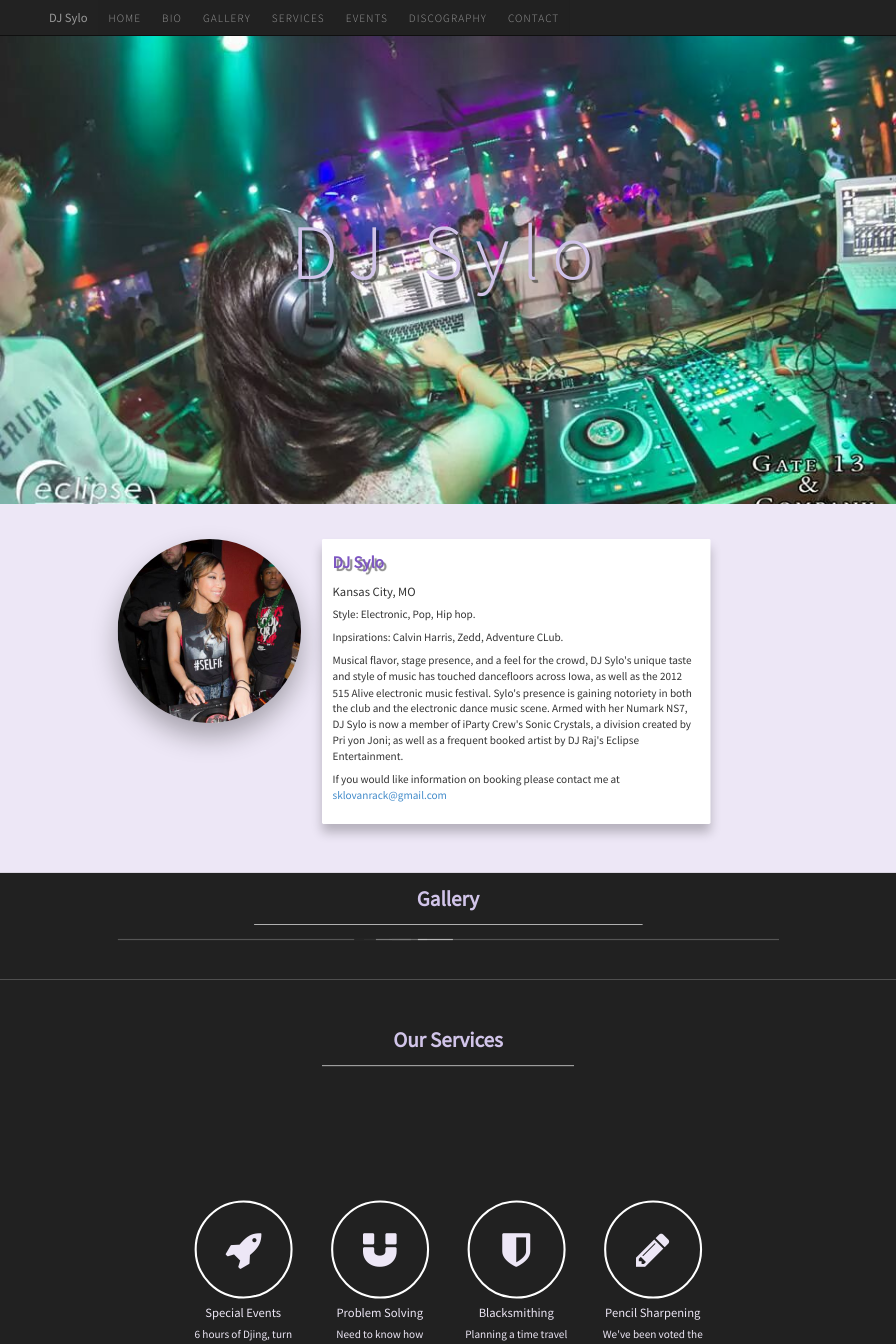
Repository: BambooXLotus/DjSylo
Page: client/index.html
The author's editor kept a record of every edit. The page is drawn from the files as they stood at one moment, then again after the next edit.
The browser window is 1280 px wide. The pictures show the part of the page from y = 0 to 1920 px (the page is 4290 px tall), at 70% of full size.
Pictures or frames that could not be fetched are drawn as grey boxes. Some icons come from a web library that is not loaded, so they are not drawn. Backgrounds fixed to the window are drawn as part of the page. Some web libraries are served in a nearby version.

Above is the page before.

### client/index.html
<!DOCTYPE html>
<html lang="en">

<head>
    <meta charset="utf-8">
    <meta name="viewport" content="width=device-width, initial-scale=1.0">
    <meta name="description" content="">
    <meta name="author" content="">
    <title>DJ Sylo</title>
    <!-- Bootstrap core CSS
        -->
    <link href="css/bootstrap.css" rel="stylesheet">
    <!-- Add custom CSS here -->
    <link href="css/stylish-portfolio.css" rel="stylesheet">
    <link href="//maxcdn.bootstrapcdn.com/font-awesome/4.1.0/css/font-awesome.min.css" rel="stylesheet">
    <link href="css/nanogallery.min.css" rel="stylesheet" type="text/css">
</head>

<body>
    <!-- Side Menu -->
    <nav class="navbar navbar-fixed-top navbar-inverse" role="navigation">
        <div class="container">
            <div class="navbar-header">
                <button type="button" class="navbar-toggle" data-toggle="collapse" data-target=".navbar-ex1-collapse">
                    <span class="sr-only">Toggle navigation</span>
                    <span class="icon-bar"></span>
                    <span class="icon-bar"></span>
                    <span class="icon-bar"></span>
                </button>
                <a class="navbar-brand" href="#top">DJ Sylo</a>
            </div>
            <!-- Collect the nav links, forms, and other content for toggling -->
            <div class="collapse navbar-collapse navbar-ex1-collapse">
                <ul class="nav navbar-nav">
                    <li>
                        <a href="#top">Home</a>
                    </li>
                    <li>
                        <a href="#about">Bio</a>
                    </li>
                    <li>
                        <a href="#gallery">Gallery</a>
                    </li>
                    <li>
                        <a href="#services">Services</a>
                    </li>
                    <li>
                        <a href="#portfolio">Events</a>
                    </li>
                    <li>
                        <a href="#portfolio">Discography</a>
                    </li>
                    <li>
                        <a href="#contact">Contact</a>
                    </li>
                </ul>
            </div>
            <!-- /.navbar-collapse -->
        </div>
        <!-- /.container -->
    </nav>
    <!-- /Side Menu -->
    <!-- Full Page Image Header Area -->
    <div id="top" class="header">
        <div class="vert-text">
            <div class="hero">
                <a href="#contact"><h1>DJ Sylo</h1></a>
            </div>
        </div>
    </div>
    <!-- /Full Page Image Header Area -->
    <!-- Intro -->
    <div id="about" class="about">
        <div class="container">
            <div class="row">
                <div class="col-md-3 col-md-offset-1">
                    <img class="img-circle img-responsive circle-shadow" src="img/portrait-sm.jpg">
                </div>
                <div class="col-md-6 col-xs-12">
                    <div class="panel panel-default dialog">
                        <div class="panel-heading">
                            <h3>DJ Sylo</h3>
                        </div>
                        <div class="panel-body">
                            <h4>Kansas City, MO</h4>
                            <p>Style: Electronic, Pop, Hip hop.</p>
                            <p>Inpsirations: Calvin Harris, Zedd, Adventure CLub.</p>
                            <p>Musical flavor, stage presence, and a feel for the crowd, DJ Sylo's unique taste and style of music has touched dancefloors across Iowa, as well as the 2012 515 Alive electronic music festival. Sylo's presence is gaining notoriety
                                in both the club and the electronic dance music scene. Armed with her Numark NS7, DJ Sylo is now a member of iParty Crew's Sonic Crystals, a division created by Pri yon Joni; as well as a frequent booked artist by DJ Raj's
                                Eclipse Entertainment.</p>
                            <p>If you would like information on booking please contact me at <a href="sklovanrack@gmail.com">sklovanrack@gmail.com</a>
                            </p>
                        </div>
                    </div>
                </div>
            </div>
        </div>
    </div>
    <!-- /Intro -->
    <!-- Gallery -->
    <div id="gallery" class="gallery">
        <div class="container">
            <div class="row">
                <div class="col-md-6 col-md-offset-3 text-center">
                    <h2>Gallery</h2>
                    <hr>
                </div>
            </div>
            <div class="row">
                <div class="col-md-10 col-md-offset-1 col-xs-12 text-center">
                    <div id="nanoGallery2"></div>
                </div>
            </div>
        </div>
    </div>
    <!-- /Gallery -->
    <!-- Services -->
    <div id="services" class="services">
        <div class="container">
            <div class="row">
                <div class="col-md-4 col-md-offset-4 text-center">
                    <h2>Our Services</h2>
                    <hr>
                </div>
            </div>
            <div class="row">
                <div class="col-md-offset-3 col-md-6">
                    <iframe width="100%" height="166" scrolling="no" frameborder="no" src="https://w.soundcloud.com/player/?url=https%3A//api.soundcloud.com/tracks/160960689&amp;color=ff5500&amp;auto_play=false&amp;hide_related=false&amp;show_comments=true&amp;show_user=true&amp;show_reposts=false"></iframe>
                </div>
            </div>
            <div class="row">
                <div class="col-md-2 col-md-offset-2 text-center">
                    <div class="service-item">
                        <i class="service-icon fa fa-rocket"></i>
                        <h4>Special Events</h4>
                        <p>6 hours of Djing, turn tables and sattelite speaker.</p>
                    </div>
                </div>
                <div class="col-md-2 text-center">
                    <div class="service-item">
                        <i class="service-icon fa fa-magnet"></i>
                        <h4>Problem Solving</h4>
                        <p>Need to know how magnets work? Our problem solving solutions team can help you identify problems and conduct exploratory research.</p>
                    </div>
                </div>
                <div class="col-md-2 text-center">
                    <div class="service-item">
                        <i class="service-icon fa fa-shield"></i>
                        <h4>Blacksmithing</h4>
                        <p>Planning a time travel trip to the middle ages? Preserve the space time continuum by blending in with period accurate armor and weapons.</p>
                    </div>
                </div>
                <div class="col-md-2 text-center">
                    <div class="service-item">
                        <i class="service-icon fa fa-pencil"></i>
                        <h4>Pencil Sharpening</h4>
                        <p>We've been voted the best pencil sharpening service for 10 consecutive years. If you have a pencil that feels dull, we'll get it sharp!</p>
                    </div>
                </div>
            </div>
        </div>
    </div>
    <!-- /Services -->
    <!-- Callout -->
    <div class="callout">
        <div class="vert-text">
            <h1>DJ Sylo</h1>
        </div>
    </div>
    <!-- /Callout -->
    <!-- Portfolio -->
    <div id="portfolio" class="portfolio">
        <div class="container">
            <div class="row">
                <div class="col-md-4 col-md-offset-4 text-center">
                    <h2>Events</h2>
                    <hr>
                </div>
            </div>
            <div class="row">
                <div class="col-md-5 col-md-offset-1">
                    <div class="panel card fixed-card">
                        <div class="card-heading">
                            <h3 class="panel-title">Joker's</h3>
                            <h4 class="panel-title stickyBottom">Des Moines - Iowa</h4>
                            <a href="https://www.facebook.com/jokersdsm">
                                <img class="img-portfolio img-responsive" src="img/Events/wompgiving2014.jpg">
                            </a>
                        </div>
                        <div class="panel-body">
                            <h4>November 26th Wednesday</h4>
                            <span>Bottomless Cup 9PM-12PM</span>
                            <span>$2 Bottles 9PM-12AM</span>
                            <span>$2 Tequila & Fireball all night</span>
                        </div>
                    </div>
                </div>
                <div class="col-md-5">
                    <div class="panel card fixed-card">
                        <div class="card-heading">
                            <h3 class="panel-title">Jokers</h3>
                            <h4 class="panel-title stickyBottom">Cedarfalls - Iowa</h4>
                            <img class="img-portfolio img-responsive" src="img/portfolio-2.jpg">
                        </div>
                        <div class="panel-body">
                            <h4>Dec 26th Wednesday</h4>
                            <h5>Cats Named Remmy Drink Free</h5>
                        </div>
                    </div>
                </div>
            </div>
            <div class="row">
                <div class="col-md-5 col-md-offset-1">
                    <div class="panel card fixed-card">
                        <div class="card-heading">
                            <h3 class="panel-title">Cafe Mood</h3>
                            <h4 class="panel-title stickyBottom">Ames - Iowa</h4>
                            <img class="img-portfolio img-responsive" src="img/portfolio-3.jpg">
                        </div>
                        <div class="panel-body">
                            <h4>Dec 26th Wednesday</h4>
                        </div>
                    </div>
                </div>
                <div class="col-md-5">
                    <div class="panel card fixed-card">
                        <div class="card-heading">
                            <h3 class="panel-title">Hotel</h3>
                            <h4 class="panel-title stickyBottom">Kansas City - Missouri</h4>
                            <img class="img-portfolio img-responsive" src="img/portfolio-4.jpg">
                        </div>
                        <div class="panel-body">
                            <h4>Dec 26th Wednesday</h4>
                            <h5>Located in the Power and Light district.</h5>
                        </div>
                    </div>
                </div>
            </div>
        </div>
    </div>
    <!-- /Portfolio -->
    <!-- Map -->
    <div id="contact">
        <div class="container">
            <div class="row">
                <div class="col-md-6 col-md-offset-3">
                    <h3>Contact</h3>
                    <hr>
                    <address>
                            <strong>Email:</strong>
                            <a href="mailto:#">sklovanrack@gmail.com</a>
                            <br>
                            <br>
                            <strong>Phone:</strong>(515) 329-2323</address>
                </div>
            </div>
            <div>
                <div class="col-md-6 col-md-offset-3 contact-form">
                    <form id="contact" method="post" class="form" role="form">
                        <div class="row">
                            <div class="col-xs-6 col-md-6 form-group">
                                <input class="form-control" id="name" name="name" placeholder="Name" type="text" />
                            </div>
                            <div class="col-xs-6 col-md-6 form-group">
                                <input class="form-control" id="email" name="email" placeholder="Email" type="email" required />
                            </div>
                        </div>
                        <textarea class="form-control" id="message" name="message" placeholder="Message" rows="5"></textarea>
                        <br />
                        <div class="row">
                            <div class="col-xs-12 col-md-12 form-group">
                                <button class="btn btn-primary pull-right" type="submit">Submit</button>
                            </div>
                        </div>
                    </form>
                </div>
            </div>
        </div>
    </div>
    <!-- /Map -->
    <!-- Footer -->
    <footer>
        <div class="container">
            <div class="row">
                <div class="col-md-6 col-md-offset-3 text-center">
                    <ul class="list-inline">
                        <li>
                            <a class="fa fa-facebook fa-3x" href="https://www.facebook.com/DJSyloSonicCrystals"></a>
                        </li>
                        <li>
                            <i class="fa fa-twitter fa-3x"></i>
                        </li>
                        <li>
                            <i class="fa fa-instagram fa-3x"></i>
                        </li>
                        <li>
                            <a class="fa fa-soundcloud fa-3x" href="https://soundcloud.com/bambooproduction/sets"></a>
                        </li>
                    </ul>
                    <div class="top-scroll">
                        <a href="#top"><i class="fa fa-circle-arrow-up scroll fa-4x"></i></a>
                    </div>
                    <hr>
                    <p>Copyright &copy; Bamboo Lotus 2014</p>
                </div>
            </div>
        </div>
    </footer>
    <!-- /Footer -->
    <!-- JavaScript -->
    <script src="js/jquery-1.10.2.js"></script>
    <script src="js/bootstrap.js"></script>

    <!-- nanoGALLERY plugin files -->
    <script type="text/javascript" src="js/jquery.nanogallery.min.js"></script>
    <!-- Custom JavaScript for the Side Menu and Smooth Scrolling
        -->
    <script>
        $("#menu-close").click(function(e) {
            e.preventDefault();
            $("#sidebar-wrapper").toggleClass("active");
        });
    </script>
    <script>
        $("#menu-toggle").click(function(e) {
            e.preventDefault();
            $("#sidebar-wrapper").toggleClass("active");
        });
    </script>
    <script>
        $(function() {
            $('a[href*=#]:not([href=#])').click(function() {
                if (location.pathname.replace(/^\//, '') == this.pathname.replace(/^\//, '') || location.hostname == this.hostname) {

                    var target = $(this.hash);
                    target = target.length ? target : $('[name=' + this.hash.slice(1) + ']');
                    if (target.length) {
                        $('html,body').animate({
                            scrollTop: target.offset().top
                        }, 1000);
                        return false;
                    }
                }
            });

            $("#nanoGallery2").nanoGallery({
                thumbnailWidth: 'auto',
                thumbnailHeight: 200,
                userID: 'derensomsanith@gmail.com',
                kind: 'picasa',
                album: '6020738059883313137',
                colorSchemeViewer: 'light',
                thumbnailHoverEffect: [{
                    name: 'labelAppear75',
                    duration: 300
                }],
                thumbnailGutterWidth: 1,
                thumbnailGutterHeight: 1,
                i18n: {
                    thumbnailImageDescription: 'View Photo',
                    thumbnailAlbumDescription: 'Open Album'
                },
                thumbnailLabel: {
                    display: true,
                    position: 'overImageOnMiddle',
                    align: 'center'
                },
                photoSorting: 'random',
                lazyBuild: 'none',
                lazyBuildTreshold: 300
            });
        });

        (function(i, s, o, g, r, a, m) {
            i['GoogleAnalyticsObject'] = r;
            i[r] = i[r] || function() {
                (i[r].q = i[r].q || []).push(arguments)
            }, i[r].l = 1 * new Date();
            a = s.createElement(o),
                m = s.getElementsByTagName(o)[0];
            a.async = 1;
            a.src = g;
            m.parentNode.insertBefore(a, m)
        })(window, document, 'script', '//www.google-analytics.com/analytics.js', 'ga');

        ga('create', 'UA-56532059-1', 'auto');
        ga('send', 'pageview');
    </script>
</body>

</html>

### client/css/stylish-portfolio.css
/* Global Styles */

@import url(http://fonts.googleapis.com/css?family=Source+Sans+Pro:100,200,300,400);
html,
body {
  height: 100%;
  width: 100%;
  font-family: 'Source Sans Pro', sans-serif;
  font-size: 16px;
}
h1 {
  color: #D1C4E9;
  text-shadow: 4px 4px 1px rgba(0, 0, 0, 0.45);
}
h1 a:link {
  text-decoration: none;
}
h2 {
  color: #D1C4E9;
  font-weight: bold;
}
h3 {
  color: #7E57C2;
  text-shadow: 4px 4px 1px rgba(0, 0, 0, 0.45);
  font-weight: bold;
}
.vert-text {
  display: table-cell;
  vertical-align: middle;
  text-align: center;
}
.vert-text h1 {
  padding: 0;
  margin: 0;
  font-size: 4.5em;
  font-weight: 300;
  letter-spacing: .15em;
  font-size: 7em;
}
/* Link Styles */

a:link {
  text-decoration: none;
}
a:visited {
  text-decoration: none;
}
a:hover {
  text-decoration: none;
}
a:active {
  text-decoration: none;
}
/* Side Menu */

.nav {
  background-color: #212121;
  text-transform: uppercase;
  letter-spacing: .1em;
  font-size: 1em;
  font-weight: 300;
}
#sidebar-wrapper {
  margin-right: -250px;
  right: 0;
  width: 250px;
  background: #000;
  position: fixed;
  height: 100%;
  overflow-y: auto;
  z-index: 1000;
  -webkit-transition: all 0.4s ease 0s;
  -moz-transition: all 0.4s ease 0s;
  -ms-transition: all 0.4s ease 0s;
  -o-transition: all 0.4s ease 0s;
  transition: all 0.4s ease 0s;
}
.sidebar-nav {
  position: absolute;
  top: 0;
  width: 250px;
  list-style: none;
  margin: 0;
  padding: 0;
}
.sidebar-nav li {
  line-height: 40px;
  text-indent: 20px;
}
.sidebar-nav li a {
  color: #999999;
  display: block;
  text-decoration: none;
}
.sidebar-nav li a:hover {
  color: #fff;
  background: rgba(255, 255, 255, 0.2);
  text-decoration: none;
}
.sidebar-nav li a:active,
.sidebar-nav li a:focus {
  text-decoration: none;
}
.sidebar-nav > .sidebar-brand {
  height: 55px;
  line-height: 55px;
  font-size: 18px;
}
.sidebar-nav > .sidebar-brand a {
  color: #999999;
}
.sidebar-nav > .sidebar-brand a:hover {
  color: #fff;
  background: none;
}
#menu-toggle {
  top: 0;
  right: 0;
  position: fixed;
  z-index: 1;
}
#sidebar-wrapper.active {
  right: 250px;
  width: 250px;
  -webkit-transition: all 0.4s ease 0s;
  -moz-transition: all 0.4s ease 0s;
  -ms-transition: all 0.4s ease 0s;
  -o-transition: all 0.4s ease 0s;
  transition: all 0.4s ease 0s;
}
.toggle {
  margin: 5px 5px 0 0;
}
/* Full Page Image Header Area */

.header {
  display: table;
  height: 100%;
  width: 100%;
  position: relative;
  background: url(../img/DJSyloJumbotron.jpeg) no-repeat center center fixed;
  -webkit-background-size: cover;
  -moz-background-size: cover;
  -o-background-size: cover;
  background-size: cover;
}
/* Intro */

.intro {
  padding: 50px 0;
}
/* About */

.about {
  background: #EDE7F6;
  padding: 50px 0;
}
/* Gallery */

.gallery {
  background: #212121;
}
/* Services */

.services {
  background: #212121;
  padding: 50px 0;
  color: #EDE7F6;
}
.service-item {
  margin-bottom: 15px;
}
i.service-icon {
  border: 3px solid #ffffff;
  border-radius: 50%;
  display: inline-block;
  font-size: 56px;
  width: 140px;
  height: 140px;
  line-height: 136px;
  vertical-align: middle;
  text-align: center;
}
/* Callout */

.callout {
  color: #ffffff;
  display: table;
  height: 400px;
  width: 100%;
  background: url(../img/callout_DJSylo.jpeg) no-repeat center center fixed;
  -webkit-background-size: cover;
  -moz-background-size: cover;
  -o-background-size: cover;
  background-size: cover;
}
/* Portfolio */

.portfolio {
  padding: 50px 0;
}
.portfolio-item {
  margin-bottom: 25px;
}
.img-portfolio {
  margin: 0 auto;
}
/* Map */

.map {
  height: 500px;
}
/* Footer */

footer {
  padding: 100px 0;
}
.top-scroll {
  margin-top: 50px;
}
.top-scroll a {
  text-decoration: none;
  color: inherit;
}
i.scroll {
  color: #333333;
}
i.scroll:hover {
  color: #0a5175;
}
/* Responsive */

@media (max-width: 868px) {
  .header {
    background: url(../img/DJSyloJumbotron.jpeg) no-repeat center center scroll;
  }
  .callout {
    background: url(../img/callout_DJSylo.jpeg) no-repeat center center scroll;
  }
  .map {
    height: 75%;
  }
}
html,
body {
  height: 100%;
}
.carousel,
.item,
.active {
  height: 100%;
}
.carousel-inner {
  height: 100%;
}
.fill {
  width: 100%;
  height: 100%;
  background-position: center;
  background-size: cover;
}
/* faster sliding speed */

.carousel-inner > .item {
  -webkit-transition: 0.3s ease-in-out left;
  -moz-transition: 0.3s ease-in-out left;
  -o-transition: 0.3s ease-in-out left;
  transition: 0.3s ease-in-out left;
}
/* keep full widget on smaller screens */

@media (max-width: 767px) {
  body {
    padding-left: 0;
    padding-right: 0;
  }
}
#galleryContainer {
  background: #DDD;
  max-width: 1000px;
  max-height: 500px;
}
.item img {
  width: 50%;
}
.item.w2 {
  width: 25%;
}
.circle-shadow {
  box-shadow: 0 19px 38px rgba(0, 0, 0, 0.30);
}
/* Card, Dialog */

.card,
.dialog {
  border-radius: 2px;
  border: 0px;
  position: relative;
  display: inline-block;
  vertical-align: top;
  background-color: #fff;
  box-shadow: 0 12px 15px 0 rgba(0, 0, 0, 0.24);
}
.fixed-card {
  max-width: 400px;
  max-height: 400px;
}
.panel:hover .panel-title {
  background: #e91e63;
}
.panel-title {
  position: absolute;
  background: rgba(34, 34, 34, 0.6);
  color: White;
  padding: 5px;
  z-index: 3;
  -webkit-transition: all .6s ease-in-out;
  -moz-transition: all .6s ease-in-out;
  -o-transition: all .6s ease-in-out;
  -ms-transition: all .6s ease-in-out;
  transition: all .6s ease-in-out;
}
.panel-default > .panel-heading {
  border-radius: 0;
  background: transparent;
  border: 0px;
}
.panel-heading {
  padding: 0px 15px;
}
.panel-body {
  padding: 0px 15px;
  padding-bottom: 20px;
}
.card-heading {
  border-radius: 0;
  background: transparent;
  overflow: hidden;
  padding: 0px;
  border-bottom: 0px;
}

.fill {
    display:flex;
    justify-content:center;
    align-items:center;
    overflow:hidden
}
.fill img {
    flex-shrink:0;
    min-width:100%;
    min-height:100%
}
.stickyBottom {
  position: absolute;
  bottom: 0;
  left: 0;
}

Loaded but not shown: client/css/bootstrap.css (library); client/css/nanogallery.min.css (library); client/js/jquery-1.10.2.js (library); client/js/bootstrap.js (library); client/js/jquery.nanogallery.min.js (library)

After the next edit:
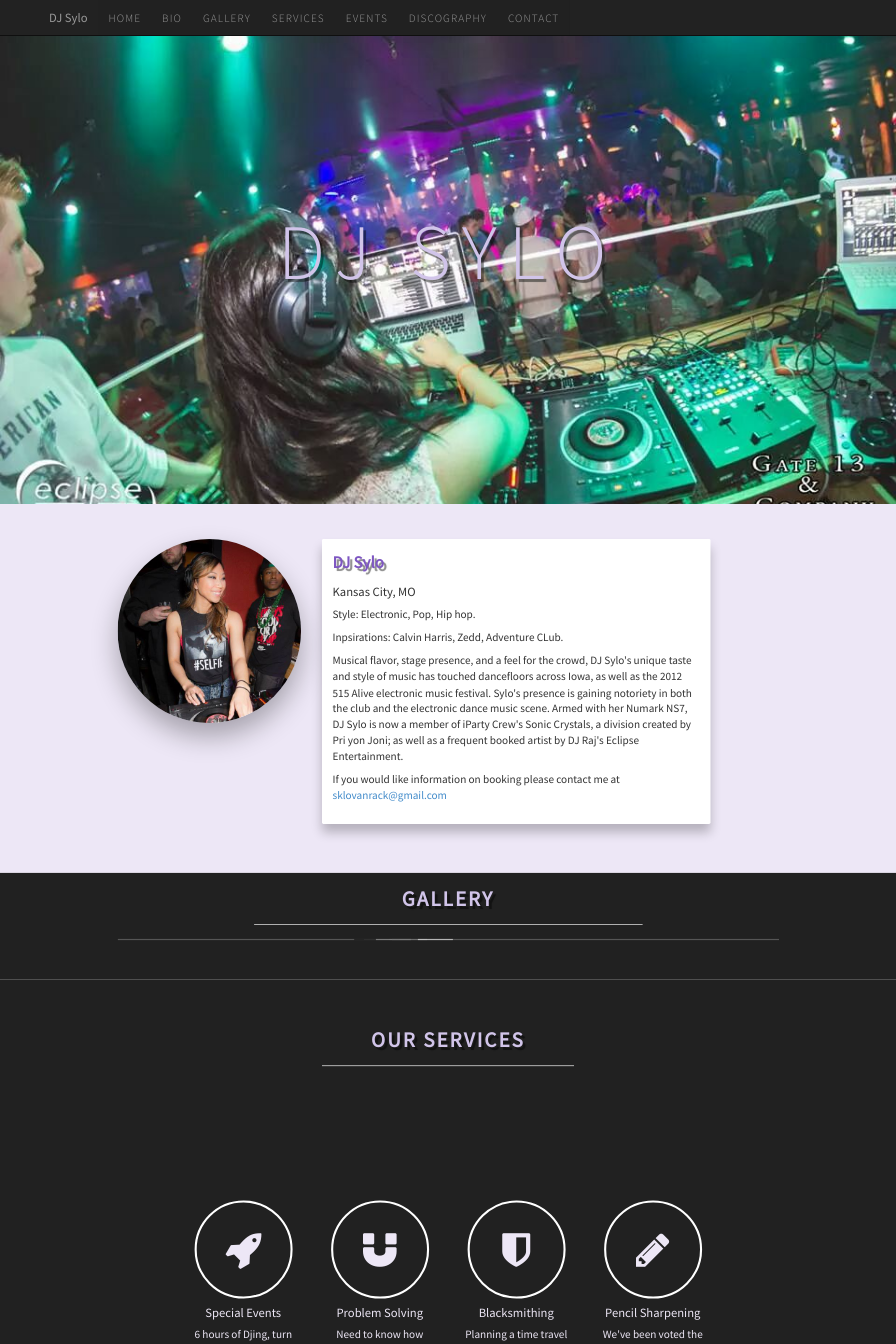
The edit:
--- a/client/css/stylish-portfolio.css
+++ b/client/css/stylish-portfolio.css
@@ -8,6 +8,15 @@
   font-family: 'Source Sans Pro', sans-serif;
   font-size: 16px;
 }
+
+h1, h2 {
+    color: #F9F9F9;
+    text-shadow: 4px 4px 1px rgba(0, 0, 0, 0.45);
+    text-transform: uppercase;
+    font-weight: 100;
+    letter-spacing: .1em;
+}
+
 h1 {
   color: #D1C4E9;
   text-shadow: 4px 4px 1px rgba(0, 0, 0, 0.45);
